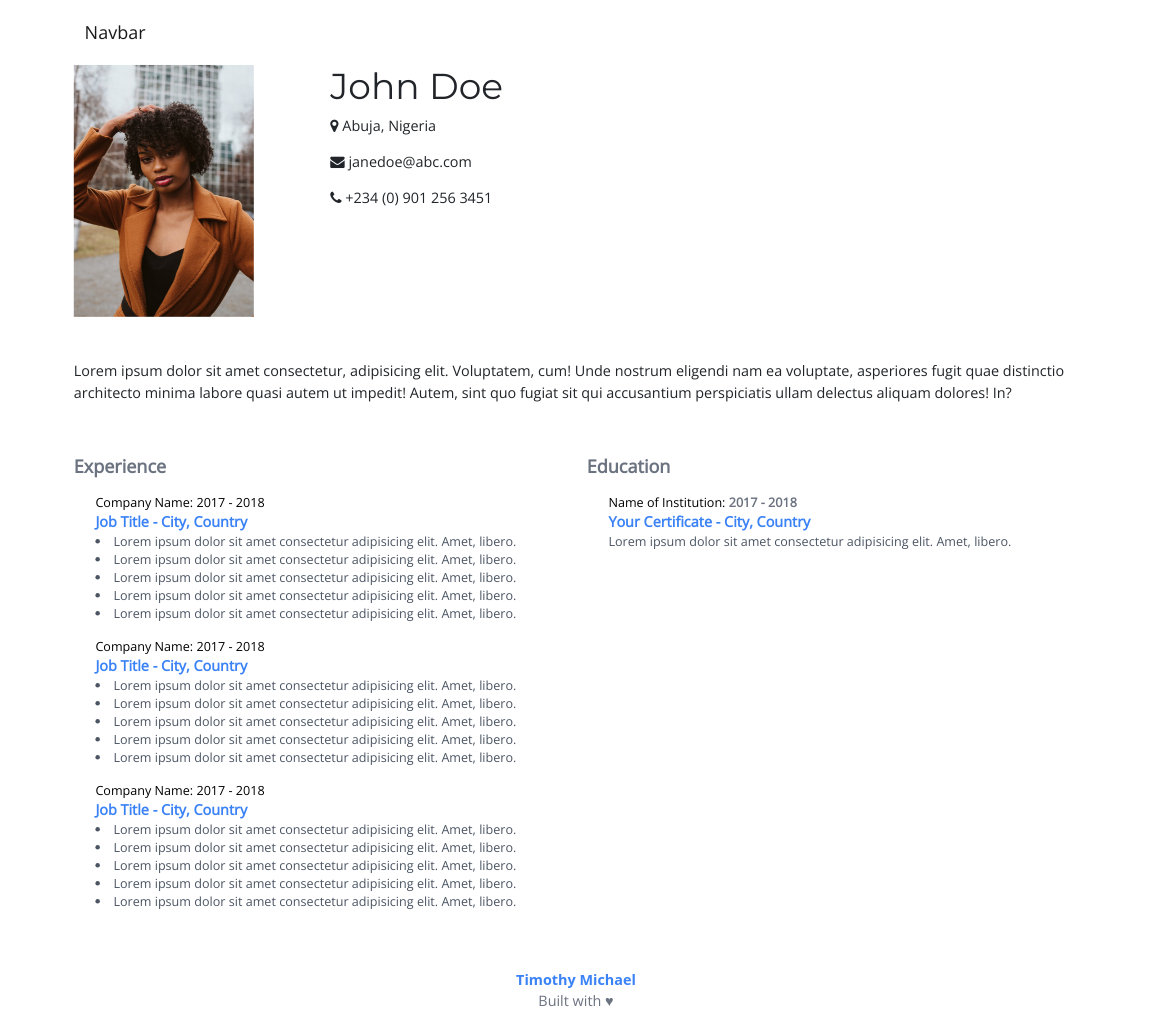
Repository: latenightsnacc/giggles
Page: HTML/CV.html
The author's editor kept a copy of each file at every save. The page is drawn from the files as they stood at one save, then again after the next save.
The browser window is 1280 px wide. The pictures show the whole page, at 90% of full size.
Some web libraries are served in a nearby version.

Above is the page before, as saved 2021-01-05 11:23:14.

After the next save:
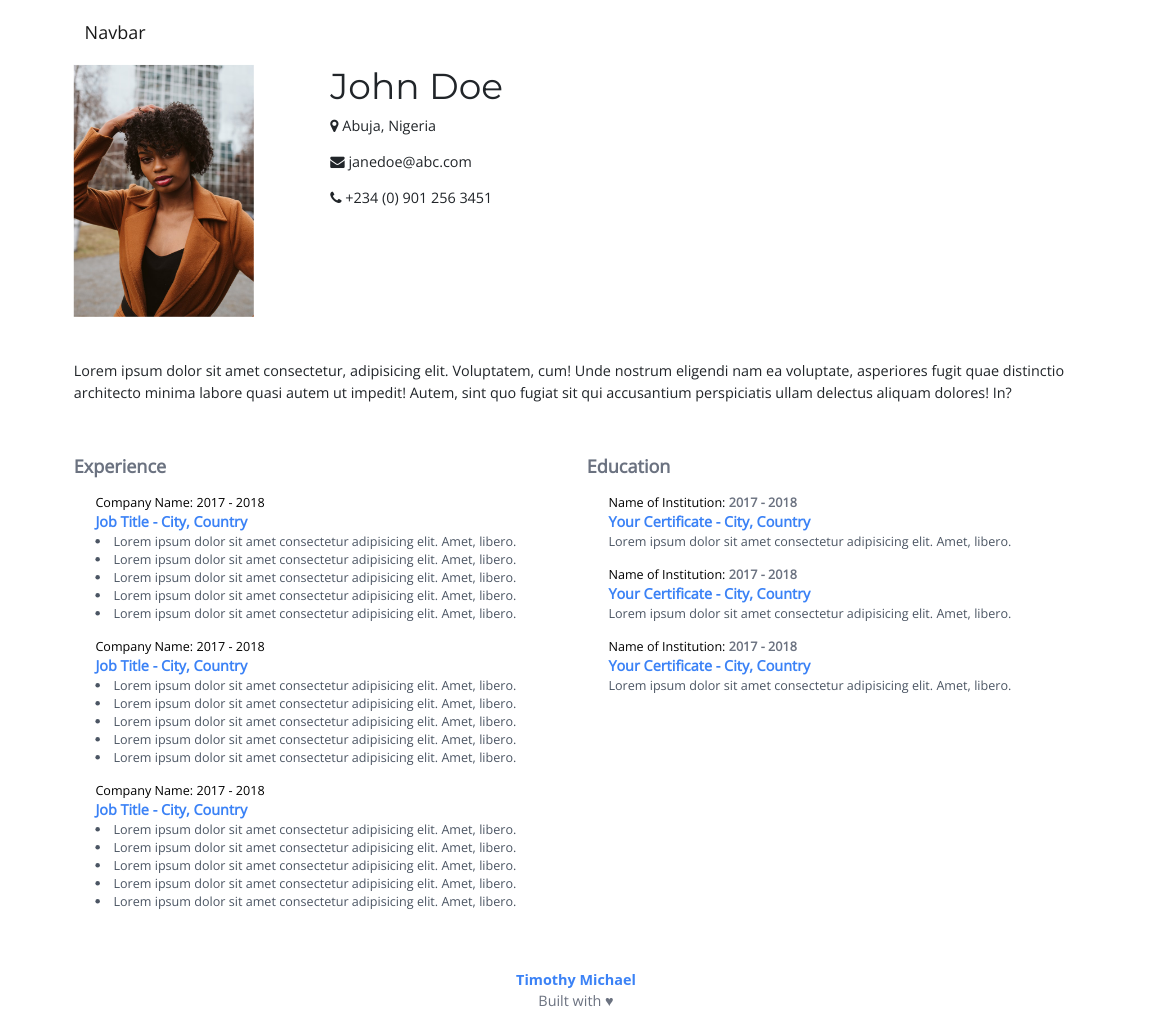
Saved 8 s later.
--- a/HTML/CV.html
+++ b/HTML/CV.html
@@ -96,6 +96,16 @@
                         <div class="font-bold text-md text-blue-500">Your Certificate - City, Country</div>
                         <p class="text-sm text-gray-600">Lorem ipsum dolor sit amet consectetur adipisicing elit. Amet, libero.</p>
                     </div>
+                    <div class="container-sm my-2">
+                        <div class="text-black text-sm">Name of Institution: <span class="text-gray-500 font-semibold"> 2017 - 2018</span></div>
+                        <div class="font-bold text-md text-blue-500">Your Certificate - City, Country</div>
+                        <p class="text-sm text-gray-600">Lorem ipsum dolor sit amet consectetur adipisicing elit. Amet, libero.</p>
+                    </div>
+                    <div class="container-sm my-2">
+                        <div class="text-black text-sm">Name of Institution: <span class="text-gray-500 font-semibold"> 2017 - 2018</span></div>
+                        <div class="font-bold text-md text-blue-500">Your Certificate - City, Country</div>
+                        <p class="text-sm text-gray-600">Lorem ipsum dolor sit amet consectetur adipisicing elit. Amet, libero.</p>
+                    </div>
                 </div>
             </div>
         </div>
